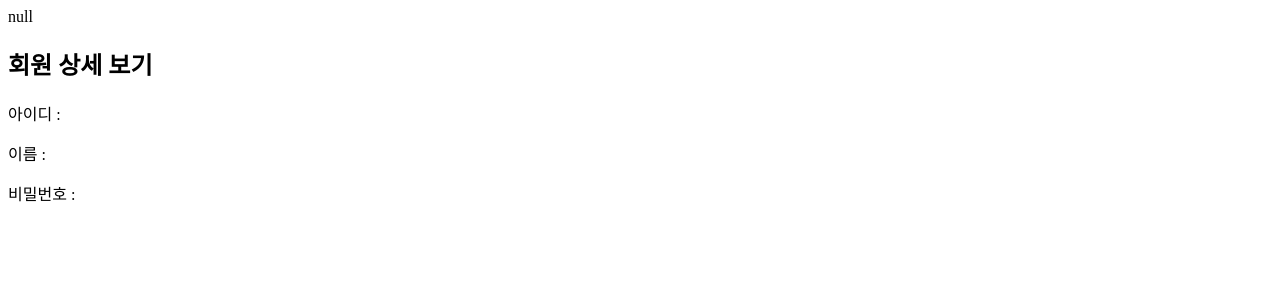
Repository: design-view/jspstudy
Page: http://localhost/GreenJsp/04jdbc/memberDetail.jsp
The author's editor kept a copy of each file at every save. The page is drawn from the files as they stood at one save, then again after the next save.
The browser window is 1280 px wide. The pictures show the whole page.
The page is served by Tomcat 9. Other server files are loaded and not shown.

Above is the page before, as saved 2024-01-12 03:18:39.

### GreenJsp/src/main/webapp/04jdbc/memberDetail.jsp
<%@ page language="java" contentType="text/html; charset=UTF-8"
    pageEncoding="UTF-8"%>
<!DOCTYPE html>
<html>
<head>
<meta charset="UTF-8">
<title>Insert title here</title>
</head>
<body>
	<%
		String id = request.getParameter("id");
		out.println(id);
	%>
	<h2>회원 상세 보기</h2>
	<p>아이디 : </p>
	<p>이름 : </p>
	<p>비밀번호 : </p>
</body>
</html>

After the next save:
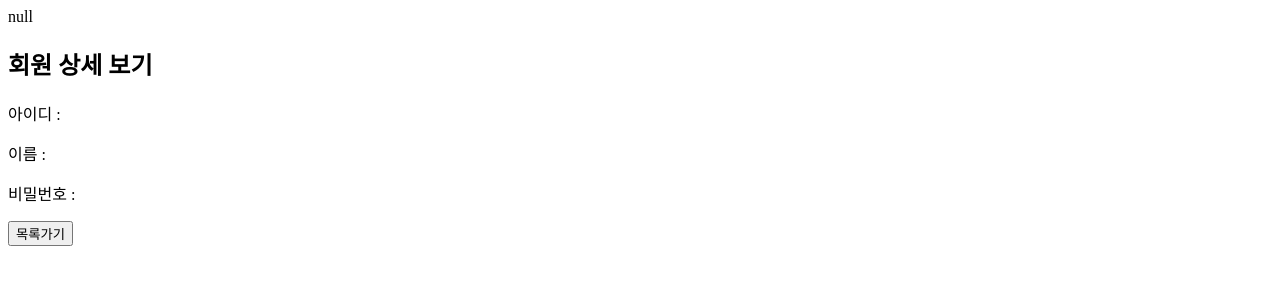
Saved 54 s later.
--- a/GreenJsp/src/main/webapp/04jdbc/memberDetail.jsp
+++ b/GreenJsp/src/main/webapp/04jdbc/memberDetail.jsp
@@ -15,5 +15,6 @@
 	<p>아이디 : </p>
 	<p>이름 : </p>
 	<p>비밀번호 : </p>
+	<button onclick="location.href='memberlist.jsp'">목록가기</button>
 </body>
 </html>
